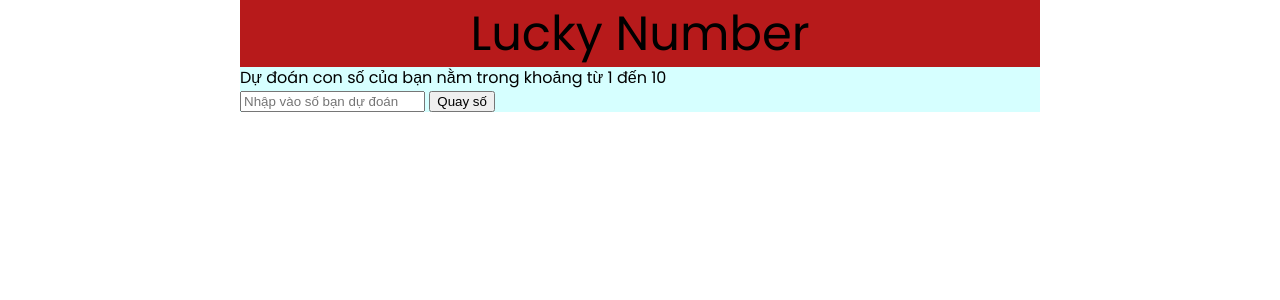
Repository: whis16720/PhuNguyen-C4EJS-D15
Page: index.html
These files come from the project's save history. The page is drawn as it stood at one moment and after a run of saves; the edit follows.
The browser window is 1280 px wide. The pictures show the whole page.
The style sheet was rebuilt from its Sass, Less or Tailwind sources for each picture, by a compiler version that may differ from the author's.

Above is the page before, as saved 2020-09-22 19:36:02.

After the next 4 saves:
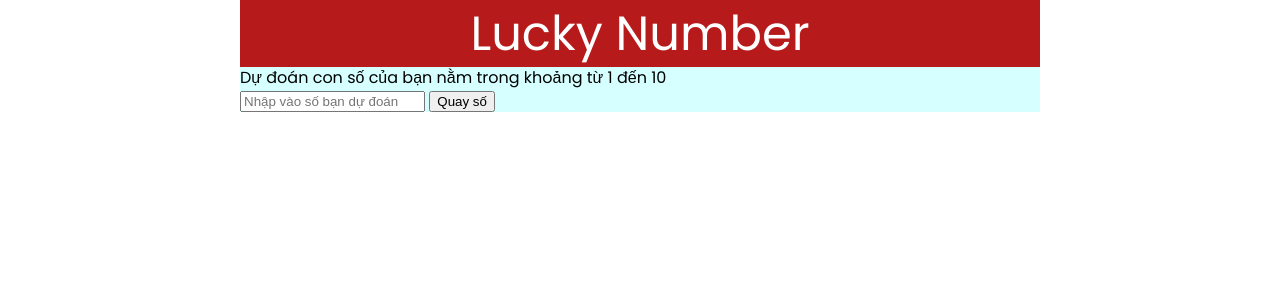
The 4 saves are shown as one change because they came seconds apart.
The last was saved 9 s later.
--- a/style.scss
+++ b/style.scss
@@ -1,6 +1,3 @@
-html {
-	font-size: 62.5%; // 1rem = 10px
-}
 .game {
 	font-family: "Poppins", sans-serif;
 	line-height: 1.4;
@@ -11,6 +8,6 @@
 		text-align: center;
 		font-size: 3rem;
 		background-color: #b71a1b;
-		color: b;
+		color: white;
 	}
 }
